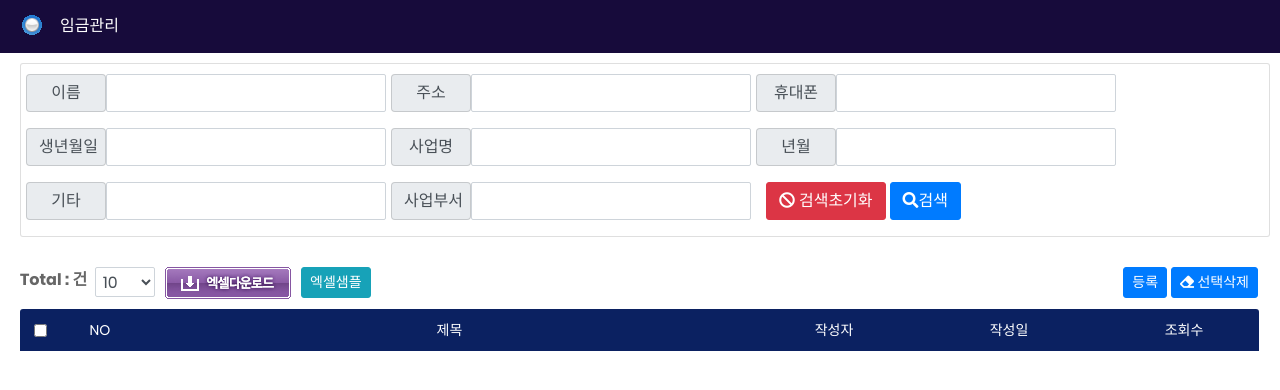
Repository: kimnamgu/GangNamGu
Page: http://localhost/manpower/WEB-INF/jsp/manage/paymentMng.jsp
An editor plug-in stored every save of this project. The page is shown before and after the next save, followed by the edit.
The browser window is 1280 px wide. The pictures show the whole page.
The page is served by Tomcat 9. Nobody is signed in. The template is opened directly, without the code that normally fills it, so the values that code supplies are empty.

Above is the page before, as saved 2020-11-04 01:57:14.
Console error: TypeError: Cannot read properties of undefined (reading 'replace')

After the next save:
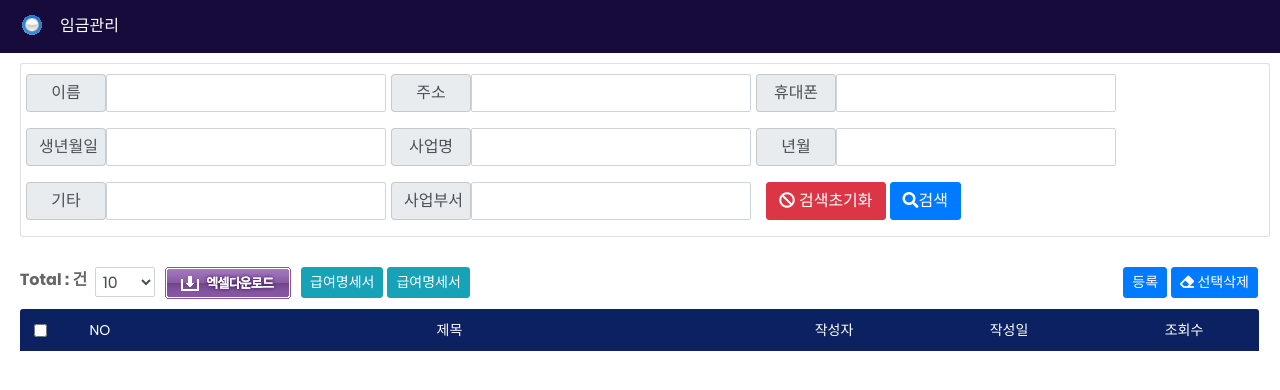
Saved 50 s later.
--- a/manpower/src/main/webapp/WEB-INF/jsp/manage/paymentMng.jsp
+++ b/manpower/src/main/webapp/WEB-INF/jsp/manage/paymentMng.jsp
@@ -427,7 +427,8 @@
 
 	<!-- 샘플다운로드 -->
 	<div style="float:left;margin-left:10px;margin-bottom:10px;">
-		<input class="btn btn-info btn-sm" type="button" id="sample_download" onClick="fn_sampleDownload('domestic')" value="엑셀샘플">
+		<input class="btn btn-info btn-sm" type="button" id="sample_download" onClick="fn_sampleDownload('domestic')" value="급여명세서">
+		<input class="btn btn-info btn-sm" type="button" id="sample_download" onClick="fn_sampleDownload('domestic')" value="급여명세서">
 	</div>
 
 <div class="contents" style="float:right;margin-right:22px;margin-bottom:10px;">
